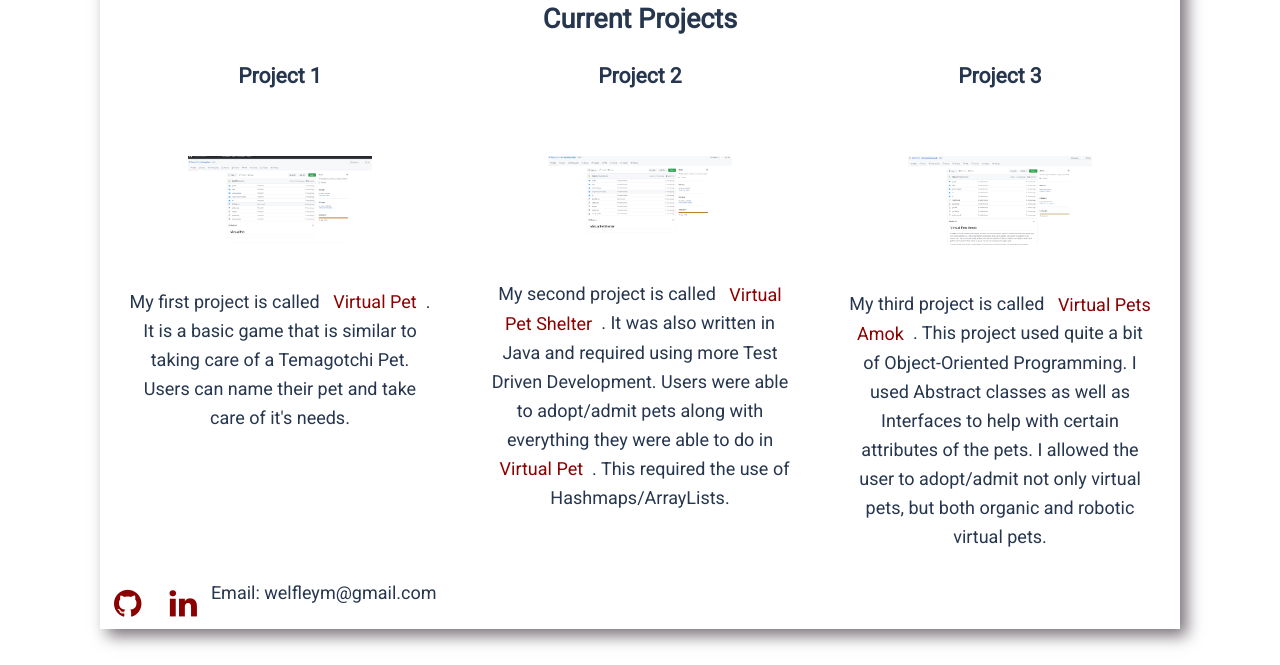
Repository: Matt1218/Matt1218.github.io
Page: index.html
An editor plug-in stored every save of this project. The page is shown before and after a run of saves, followed by the edit.
The browser window is 1280 px wide. The pictures show the part of the page from y = 565 to 1230 px (the page is 1230 px tall).
A picture or video elsewhere on the page could not be fetched, so the positions and the page height are approximate.

Above is the page before, as saved 2022-03-21 14:07:19.

After the next 2 saves:
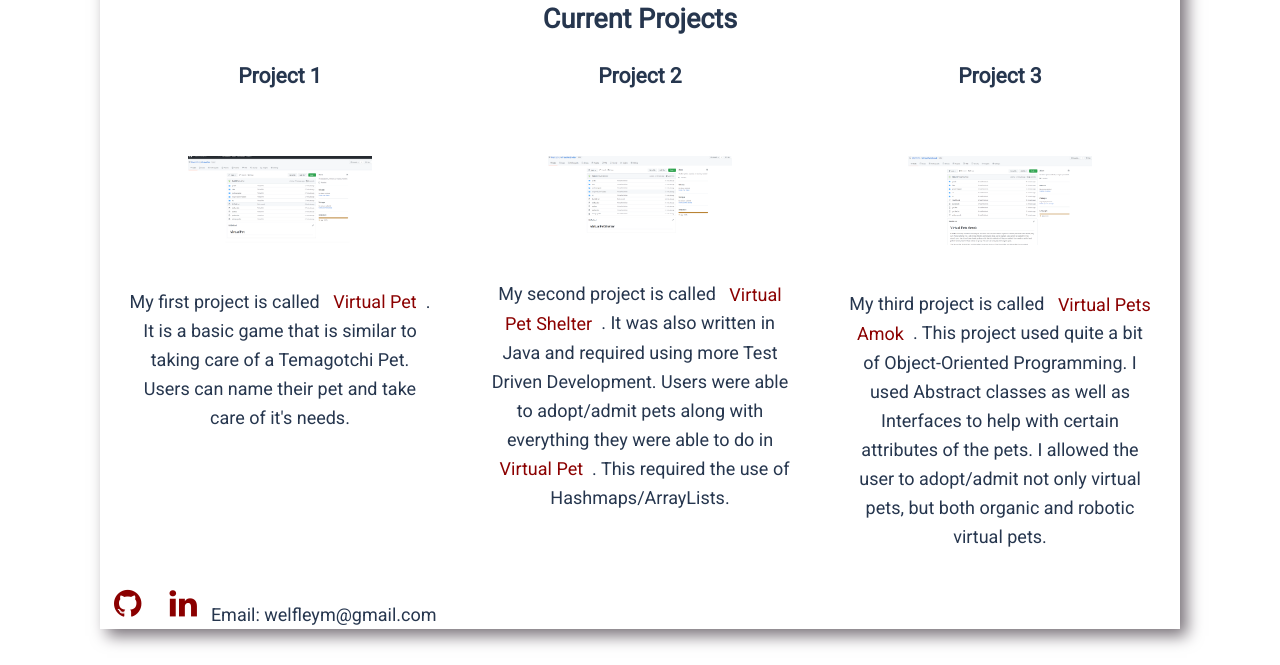
The 2 saves are shown as one change because they came seconds apart.
The last was saved 7 s later.
--- a/style.css
+++ b/style.css
@@ -106,7 +106,7 @@
 
 #footer{
     display: flex;
-    align-items: r;
+    align-items:flex-end
 }
 
 #footer a {

After the save that followed:
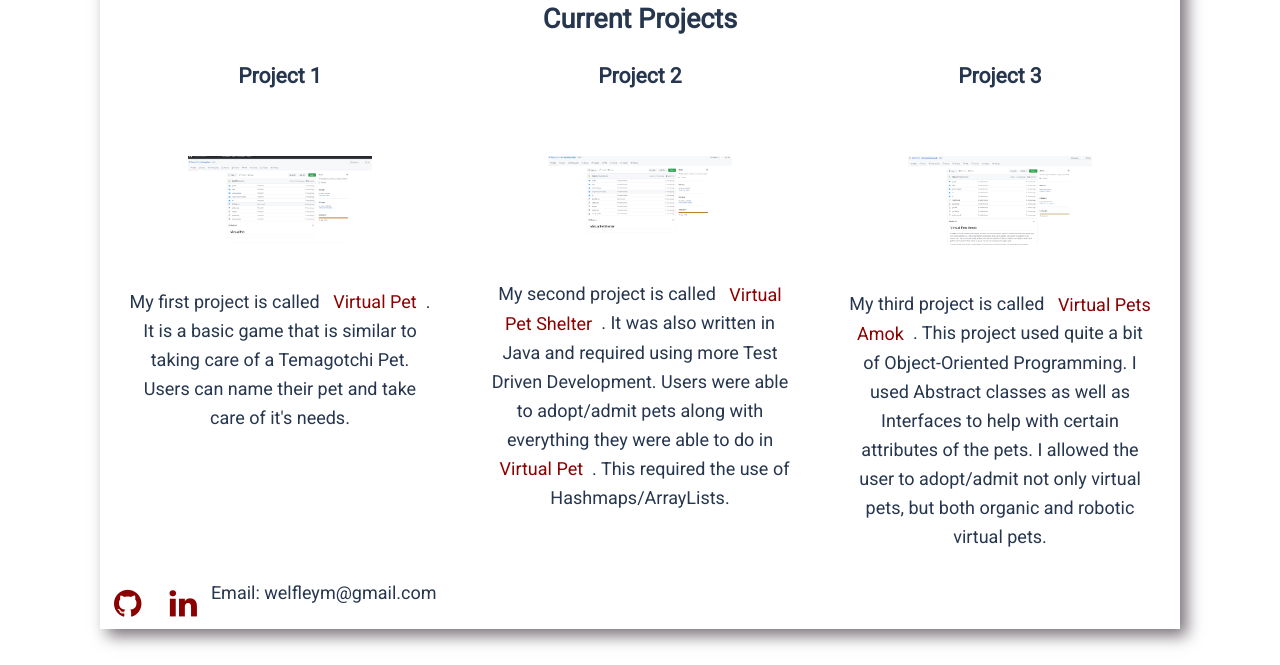
Saved 9 s later.
--- a/style.css
+++ b/style.css
@@ -106,7 +106,7 @@
 
 #footer{
     display: flex;
-    align-items:flex-end
+    align-items:
 }
 
 #footer a {
